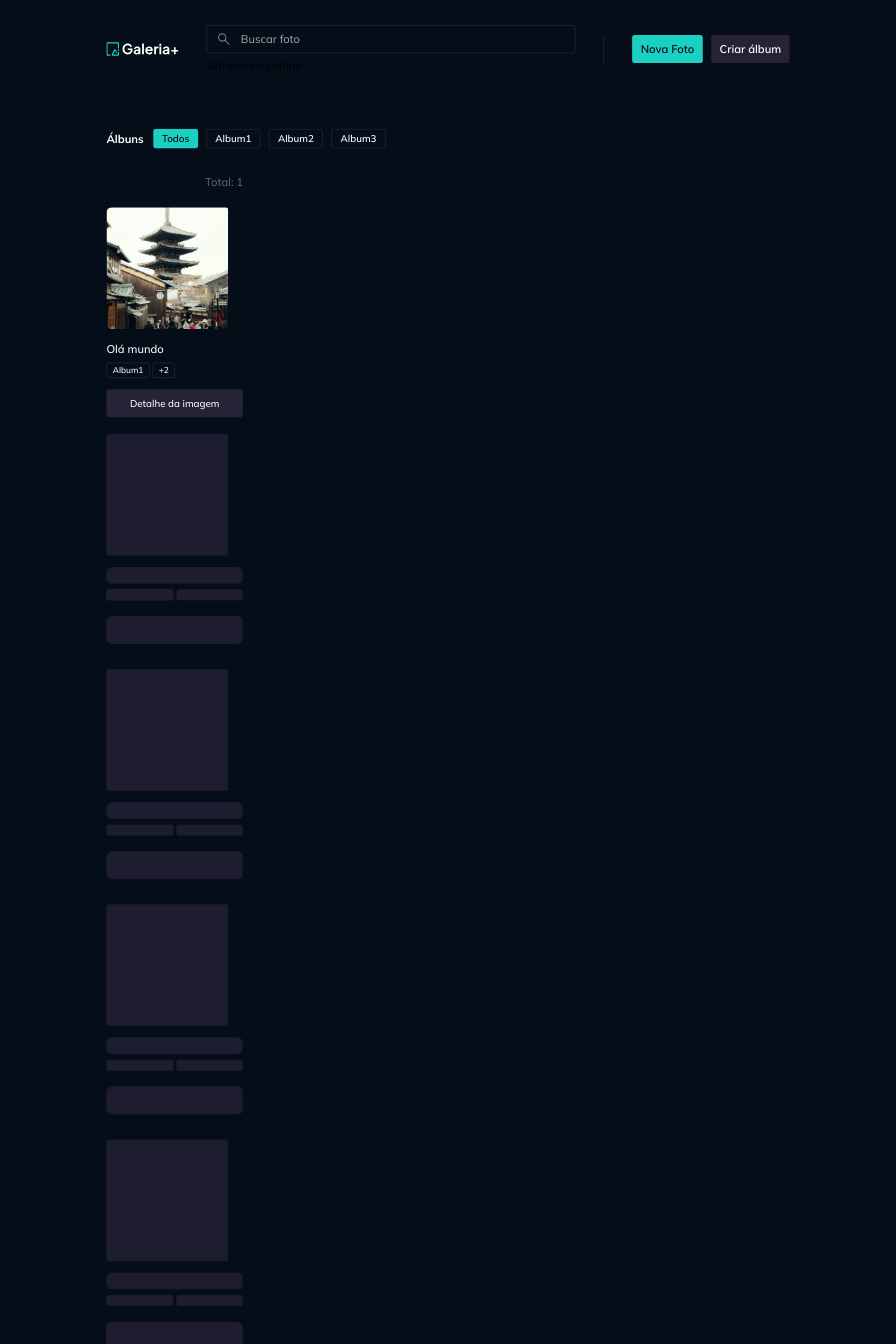
Repository: LuizMXavier/gallery-plus
Page: /
The author's editor kept a copy of each file at every save. The page is drawn from the files as they stood at one save, then again after the next save.
The browser window is 1280 px wide. The pictures show the part of the page from y = 0 to 1920 px (the page is 4083 px tall), at 70% of full size.
The project was rebuilt for these pictures with package versions that can differ from the ones it lists, and the page was loaded fresh each time. Also part of the build but not shown: vite.config.ts, src/components/button-icon.tsx, src/components/alert.tsx, src/components/input-checkbox.tsx, src/components/input-single-file.tsx, src/components/card.tsx, src/components/dialog.tsx, src/pages/pages-components.tsx and 1 more.

Above is the page before, as saved 2025-09-23 08:40:06.

### index.html
<!DOCTYPE html>
<html lang="en">
	<head>
		<meta charset="UTF-8" />
		<link rel="icon" type="image/svg+xml" href="/favicon.svg" />

		<meta name="viewport" content="width=device-width, initial-scale=1.0" />

		<link rel="preconnect" href="https://fonts.googleapis.com" />
		<link rel="preconnect" href="https://fonts.gstatic.com" crossorigin />
		<link
			href="https://fonts.googleapis.com/css2?family=Mulish:ital,wght@0,200..1000;1,200..1000&display=swap"
			rel="stylesheet"
		/>

		<title>Galeria+</title>
	</head>
	<body class="bg-background-primary">
		<div id="root"></div>
		<script type="module" src="/src/main.tsx"></script>
	</body>
</html>

### src/main.tsx
import "./index.css";

import {StrictMode} from "react";
import {createRoot} from "react-dom/client";
import App from "./App.tsx";

createRoot(document.getElementById("root")!).render(
	<StrictMode>
		<App />
	</StrictMode>
);

### src/index.css
@import "tailwindcss";
@import "tw-animate-css";

@theme {
	--color-*: initial;
	--color-white: #ffffff;
	--color-black: #000000;
	--color-background-primary: #040d18;
	--color-background-secondary: #262337;
	--color-background-tertiary: #3c3857;
	--color-border-primary: #2c2c35;
	--color-border-active: #4c4c5d;
	--color-accent-brand: #1ccfc3;
	--color-accent-brand-light: #66eae1;
	--color-accent-red: #f54a26;
	--color-heading: #fafcff;
	--color-accent-paragraph: #f1f7ff;
	--color-accent-span: #5c636c;
	--color-placeholder: #a9a9a9;
	--color-label: #ffffff;
	--color-label-inverse: #040d18;

	--font-sans: "Mulish", sans-serif;
}

### src/App.tsx
import {BrowserRouter, Route, Routes} from "react-router";
import PageComponents from "./pages/pages-components";
import LayoutMain from "./pages/layout-main";
import PageHome from "./pages/page-home";
import PagePhotoDetails from "./pages/page-photo-details";

export default function App() {
	return (
		<BrowserRouter>
			<Routes>
				<Route element={<LayoutMain/>}>
					<Route index element={<PageHome/>}/>
					<Route path="/fotos/:id" element={<PagePhotoDetails/>}/>
					<Route path="/componentes" element={<PageComponents/>}/>
				</Route>

			</Routes>
		</BrowserRouter>
	)
}

### src/pages/layout-main.tsx
import { Outlet } from "react-router";
import MainHeader from "../components/main-header";
import MainContent from "../components/main-content";

export default function LayoutMain() {
  return (
    <>
      <MainHeader className="mt-9" />
      <MainContent>
        <Outlet />
      </MainContent>
    </>
  );
}

### src/pages/page-home.tsx
import Container from "../components/container";
import AlbumsFilter from "../contexts/albums/components/albums-filter";
import PhotoList from "../contexts/photos/components/photos-list";

export default function PageHome() {
  return (
    <Container>
      <AlbumsFilter
        albums={[
          { id: "3421", title: "Album1" },
          { id: "123", title: "Album2" },
          { id: "456", title: "Album3" },
        ]}
        className="mb-9"
      />
      <div className="grid grid-cols-5">
        <PhotoList
          photos={[
            {
              id: "123",
              title: "Olá mundo",
              imageId: "portrait-tower.png",
              albums: [
                { id: "3421", title: "Album1" },
                { id: "123", title: "Album2" },
                { id: "456", title: "Album3" },
              ],
            },
          ]}
        />
      </div>
    </Container>
  );
}

### src/components/button.tsx
import React from "react";
import Icon from "./icon";
import Text from "./text";
import {tv, type VariantProps} from "tailwind-variants";
import SpinnerIcon from "../assets/icons/spinner.svg?react";
import cx from "classnames";

export const buttonVariants = tv({
	base: "flex items-center justify-center cursor-pointer transition rounded group gap-1",
	variants: {
		variant: {
			primary: "bg-accent-brand hover:bg-accent-brand-light",
			secondary: "bg-background-secondary hover:bg-background-tertiary",
			destructive: "bg-background-secondary hover:bg-background-tertiary",
			ghost: `
					bg-transparent border border-solid border-border-primary
				text-accent-paragraph hover:border-background-secondary
				`,
		},
		size: {
			sm: "h-7 py-1 px-3",
			md: "h-10 py-2 pl-3 pr-3",
		},
		disabled: {
			true: "opacity-50 pointer-events-none",
		},
		handling: {
			true: "pointer-events-none",
		},
	},
	defaultVariants: {
		variant: "primary",
		size: "md",
		disabled: false,
		handling: false,
	},
});

export const buttonTextVariants = tv({
	variants: {
		variant: {
			primary: "text-label-inverse",
			secondary: "text-label",
			destructive: "text-accent-red",
			ghost: "text-accent-paragraph",
		},
		size: {
			sm: "text-sm",
			md: "text-base",
		},
	},
	defaultVariants: {
		variant: "primary",
		size: "md",
	},
});

export const buttonIconVariants = tv({
	variants: {
		variant: {
			primary: "fill-label-inverse",
			secondary: "fill-label",
			destructive: "fill-accent-red",
			ghost: "fill-accent-paragraph",
		},
		size: {
			sm: "w-4 h-4",
			md: "w-6 h-6",
		},
		handling: {
			true: "w-4 h-4",
		},
	},
	defaultVariants: {
		variant: "primary",
		size: "md",
	},
});

interface ButtonProps
	extends Omit<React.ComponentProps<"button">, "size" | "disabled">,
		VariantProps<typeof buttonVariants> {
	icon?: React.ComponentProps<typeof Icon>["svg"];
	handling?: boolean;
}

export default function Button({
	variant,
	size,
	disabled,
	className,
	children,
	handling,
	icon,
	type = "button",
	...props
}: ButtonProps) {
	return (
		<button
			type={type}
			className={buttonVariants({
				variant,
				size,
				disabled,
				handling,
				className: cx(
					{
						"pr-1": icon,
					},
					className
				),
			})}
			disabled={disabled as boolean}
			{...props}
		>
			<Text
				variant="label-medium"
				className={buttonTextVariants({variant, size})}
			>
				{children}
			</Text>
			{(icon || handling) && (
				<Icon
					svg={handling ? SpinnerIcon : icon!}
					animate={handling}
					className={buttonIconVariants({variant, size, handling})}
				/>
			)}
		</button>
	);
}

### src/components/badge.tsx
import React from "react";
import Text from "./text";
import {tv, type VariantProps} from "tailwind-variants";
import cx from "classnames";
import Skeleton from "./skeleton";

export const badgeVariants = tv({
	base: "inline-flex items-center justify-center rounded",
	variants: {
		variant: {
			none: "",
			ghost:
				"bg-transparent border border-solid border-border-primary text-accent-paragraph",
		},
		size: {
			xs: "py-0.5 px-2",
			sm: "py-1 px-3",
		},
	},
	defaultVariants: {
		variant: "ghost",
		size: "sm",
	},
});

export const badgeTextVariants = tv({
	base: "text-xs",
	variants: {
		size: {
			xs: "text-xs",
			sm: "text-sm",
		},
	},
});

export const badgeSkeletonVariants = tv({
	variants: {
		size: {
			xs: "w-12 h-[1.375rem]",
			sm: "w-16 h-[1.875rem]",
		},
	},
	defaultVariants: {
		size: "sm",
	},
});

interface BadgeProps
	extends React.ComponentProps<"div">,
		VariantProps<typeof badgeVariants> {
	loading?: boolean;
}

export default function Badge({
	variant,
	size,
	className,
	children,
	loading,
	...props
}: BadgeProps) {
	if (loading) {
		return (
			<Skeleton
				rounded="full"
				className={cx(
					badgeVariants({variant: "none"}),
					badgeSkeletonVariants({size}),
					className
				)}
			/>
		);
	}

	return (
		<div className={badgeVariants({variant, size, className})} {...props}>
			<Text className={badgeTextVariants({size})}>{children}</Text>
		</div>
	);
}

### src/components/text.tsx
import React from "react";
import {tv, type VariantProps} from "tailwind-variants";

export const textVariants = tv({
	base: "font-sans text-white",
	variants: {
		variant: {
			"heading-large": "text-2xl leading-[130%] font-bold",
			"heading-medium": "text-xl leading-[130%] font-bold",
			"heading-small": "text-base leading-[130%] font-bold",
			"paragraph-large": "text-base leading-[150%] font-medium",
			"paragraph-medium": "text-sm leading-[150%] font-medium",
			"paragraph-small": "text-xs leading-[150%] font-medium",
			"label-medium": "text-base leading-[150%] font-semibold",
			"label-small": "text-xs leading-[150%] font-semibold",
		},
	},
	defaultVariants: {
		variant: "paragraph-medium",
	},
});

interface TextProps extends VariantProps<typeof textVariants> {
	as?: keyof React.JSX.IntrinsicElements;
	className?: string;
	children?: React.ReactNode;
}

export default function Text({
	as = "span",
	variant,
	className,
	children,
	...props
}: TextProps) {
	return React.createElement(
		as,
		{
			className: textVariants({variant, className}),
			...props,
		},
		children
	);
}

### src/components/divider.tsx
import {tv, type VariantProps} from "tailwind-variants";

export const dividerVariants = tv({
	base: "w-full h-px ",
	variants: {
		variant: {
			default: "bg-border-primary",
		},
		orientation: {
			horizontal: "w-full h-px",
			vertical: "w-px h-full",
		},
	},
	defaultVariants: {
		variant: "default",
	},
});

interface DividerProps
	extends React.ComponentProps<"div">,
		VariantProps<typeof dividerVariants> {
	orientation?: "horizontal" | "vertical";
}

export default function Divider({
	className,
	orientation = "horizontal",
	...props
}: DividerProps) {
	return (
		<div className={dividerVariants({className, orientation})} {...props} />
	);
}

### src/components/input-text.tsx
import { tv, type VariantProps } from "tailwind-variants";
import Icon from "./icon";
import Text from "./text";
import { serialize } from "v8";

export const inputTextContainerVariants = tv({
    base: "flex flex-col gap-1"
})

export const inputTextWrapperVariants = tv({
    base:`
        border border-solid border-border-primary
        focus:border-border-active bg-transparent
        rounded flex items-center gap-3
    `,
    variants: {
        size: {
            md:"h-10 p-3"
        },
        disabled: {
            true:"pointer-events-none"
        }
    },
    defaultVariants: {
        size:"md",
        disabled: false
    }
});

export const inputTextVariants = tv({
    base: `
        bg-transparent outiline-none placeholder:text-placeholder
        text-accent-paragraph flex-1
    `
})

export const inputTextIconVariants = tv({
    base:"fill-placeholder",
    variants: {
        size: {
            md:"w-6 h-6"
        }
    },
    defaultVariants: {
        size:"md"
    }
})

interface InputTextProps
    extends VariantProps<typeof inputTextWrapperVariants>,
    Omit<React.ComponentProps<"input">,"size" | "disabled"> {
        icon?: React.ComponentProps<typeof Icon>['svg'],
        error?: React.ReactNode;
    }

export default function InputText({
    size,
    disabled,
    className,
    icon,
    error,
    ...props
}: InputTextProps) {
    return (
        <div className={inputTextContainerVariants(className)}>
            <div className={inputTextWrapperVariants({size, disabled})}>
                {icon && <Icon svg={icon} className={inputTextIconVariants({size})}/>}
                <input className={inputTextVariants()} disabled={disabled as boolean} {...props}/>
            </div>Um erro no campo
            {error && (
                <Text variant="label-small" className="text-accent-red">
                {error}
            </Text>
            )}
        </div>
    )
}

### src/components/image-preview.tsx
import { tv } from "tailwind-variants";
import React from "react";

export const imageFilePreviewVariants = tv({
    base:`
        rounded-lg overflow-hidden
    `
});

export const imageFilePreviewImageVariants = tv ({
    base: `w-full h-full object-cover `
})

interface ImageFilePreviewProps extends React.ComponentProps<"img"> {
    imageClassName?: string;
}

export default function ImageFilePreview({
    className,
    imageClassName,
    ...props
}: ImageFilePreviewProps) {
    return (
        <div className={imageFilePreviewVariants({className})}>
            <img className={imageFilePreviewImageVariants({className: imageClassName})} {...props} />
        </div>
    )
}

### src/components/main-header.tsx
import { Link } from "react-router";
import Container from "./container";
import Logo from "../assets/images/galeria-plus-full-logo.svg?react";
import cx from 'classnames';
import Button from "./button";
import PhotosSearch from "./photos-search";
import Divider from "./divider";


interface MainHeaderProps extends React.ComponentProps<typeof Container>{}

export default function MainHeader({className, ...props}: MainHeaderProps) {
    return (
        <Container
            as="header"
            className={cx("flex justify-between items-center gap-10", className)} {...props}
        >
            <Link to="/">
                <Logo className="h-5"/>
            </Link>

            <PhotosSearch/>
            <Divider orientation="vertical" className="h-10"/>

            <div className="flex items-center gap-3">
                <Button>Nova Foto</Button>
                <Button variant="secondary">Criar álbum</Button>
            </div>

        </Container>
    );
}

### src/components/main-content.tsx
import cx from "classnames";

interface MainContentProps extends React.ComponentProps<"main">{}

export default function MainContent({
    children,
    className,
    ...props
}: MainContentProps) {
    return (
        <main className={cx("mt-20 pb-20", className)} {...props}>
            {children}
        </main>
    )
}

### src/components/container.tsx
import {type VariantProps, tv} from "tailwind-variants";
import React from "react";

export const containerVariants = tv({
	base: "mx-auto",
	variants: {
		size: {
			md: "max-w-[62rem] px-2",
		},
	},
	defaultVariants: {
		size: "md",
	},
});

interface ContainerProps
	extends VariantProps<typeof containerVariants>,
		React.ComponentProps<"div"> {
	as?: keyof React.JSX.IntrinsicElements;
}

export default function Container({
	as = "div",
	children,
	className,
	...props
}: ContainerProps) {
	return React.createElement(
		as,
		{
			className: containerVariants({size: "md", className}),
			...props,
		},
		children
	);
}

### src/contexts/albums/components/albums-filter.tsx
import Button from "../../../components/button";
import Skeleton from "../../../components/skeleton";
import Text from "../../../components/text";
import type { Album } from "../models/album";
import cx from "classnames";

interface AlbumsFilterProps extends React.ComponentProps<"div"> {
  albums: Album[];
  loading?: boolean;
}

export default function AlbumsFilter({
  albums,
  loading,
  className,
  ...props
}: AlbumsFilterProps) {
  return (
    <div
      className={cx("flex items-center gap-3.5 overflow-x-auto", className)}
      {...props}
    >
      <Text variant="heading-small">Álbuns</Text>
      <div className="flex gap-3">
        {!loading ? (
            <>
                 <Button variant="primary" size="sm" className="cursor-pointer">
                    Todos
                </Button>
                { albums.map((album) => (
            <Button
              key={album.id}
              variant="ghost"
              size="sm"
              className="cursor-pointer"
            >
              {album.title}
            </Button>
          ))}
            </>
        ): (
            Array.from({length: 5}).map((_,index) =>
            <Skeleton className="w-28 h-7" key={`album-button-loading-${index}`}/>
            )
        )}

      </div>
    </div>
  );
}

### src/contexts/photos/components/photos-list.tsx
import type { Photo } from "../models/photo";
import PhotoWidget from "./photo-widget";
import Text from "../../../components/text";
import Skeleton from "../../../components/skeleton";

interface PhotosListProps {
  photos: Photo[];
  loading?: boolean;
}

export default function PhotoList({ photos, loading }: PhotosListProps) {
  return (
    <div className="space-y-6">
        <Text
            as="div"
            variant="paragraph-large"
            className="flex items-center justify-end gap-1 text-accent-span"
        >
            Total:{" "}
            {!loading ? (
                <div>{photos.length}</div>
            ): (
                <Skeleton className="w-6 h-6"/>
            )}

        </Text>
      {!loading && photos?.length > 0 && (
        <div className="grid grid-colds-5 gap-9">
          {photos.map((photo) => (
            <PhotoWidget photo={photo} key={photo.id} />
          ))}
        </div>
      )}
      {!loading && (
        <div className="grid grid-colds-5 gap-9">
          {Array.from({ length: 10 }).map((_, index) => (
            <PhotoWidget
              key={`photo-loading-${index}`}
              photo={{} as Photo}
              loading
            />
          ))}
          ;
        </div>
      )}

      {!loading && photos.length === 0 && (
        <div className="flex justify-center items-center h-full">
          <Text variant="paragraph-large">Nenhuma foto encontrada</Text>
        </div>
      )}
    </div>
  );
}

### src/components/icon.tsx
import React from "react";
import {tv, type VariantProps} from "tailwind-variants";

export const iconVariants = tv({
	variants: {
		animate: {
			false: "",
			true: "animate-spin",
		},
	},
	defaultVariants: {
		animate: false,
	},
});

interface IconProps
	extends React.ComponentProps<"svg">,
		VariantProps<typeof iconVariants> {
	svg: React.FC<React.ComponentProps<"svg">>;
}

export default function Icon({
	svg: SvgComponent,
	animate,
	className,
	...props
}: IconProps) {
	return (
		<SvgComponent className={iconVariants({animate, className})} {...props} />
	);
}

### src/components/skeleton.tsx
import {tv, type VariantProps} from "tailwind-variants";
import React from "react";

export const skeletonVariants = tv({
	base: "animate-pulse bg-background-secondary pointer-events-none",
	variants: {
		rounded: {
			sm: "rounded-sm",
			lg: "rounded-lg",
			full: "rounded-full",
		},
	},
	defaultVariants: {
		rounded: "lg",
	},
});

interface SkeletonProps
	extends VariantProps<typeof skeletonVariants>,
		React.ComponentProps<"div"> {}

export default function Skeleton({
	rounded,
	className,
	...props
}: SkeletonProps) {
	return <div className={skeletonVariants({rounded, className})} {...props} />;
}

### src/components/photos-search.tsx
import InputText from "./input-text";
import SearchIcon from "../assets/icons/search.svg?react";
import React from "react";
import { debounce } from "../helpers/utils";

export default function PhotosSearch() {
    const [inputValue, setInputValue] = React.useState("");

    const debouncedSetValue = React.useCallback(
        debounce((value: string) => {
            console.log("Valor com debounce", value);
        },200),[]
    )

    function handleInputChange(e: React.ChangeEvent<HTMLInputElement>) {
        const value = e.target.value;


        setInputValue(value);
        debouncedSetValue(value);
    }
  return (
    <div className="relative flex-grow">
      <InputText icon={SearchIcon} placeholder="Buscar foto" value={inputValue} onChange={handleInputChange} />
    </div>
  );
}

### src/contexts/photos/components/photo-widget.tsx
import ImageFilePreview from "../../../components/image-preview";
import type { Photo } from "../models/photo";
import Skeleton from "../../../components/skeleton";
import Text from "../../../components/text";
import Badge from "../../../components/badge";
import { Link } from "react-router";
import { buttonTextVariants, buttonVariants } from "../../../components/button";
interface PhotoWidgetProps {
    photo: Photo;
    loading?: boolean;
}

export default function PhotoWidget({photo, loading}: PhotoWidgetProps) {
    return (
        <div className="flex flex-col gap-4">
            {!loading ? (
                <ImageFilePreview
                    src={`/images/${photo.imageId}`}
                    title={photo.title}
                    imageClassName="w-[10.8725rem] h-[10.8725rem] rounded lg"/>

            ): (
                <Skeleton className="w-[10.8725rem] h-[10.8725rem] rounded lg"/>
            )}

            <div className="flex flex-col gap-2">
                {!loading ? (
                    <Text variant="paragraph-large" className="truncate">
                        {photo.title}
                    </Text>
                ): (
                    <Skeleton className="w-full h-6"/>
                )}

                <div className="flex gap-1 min-h-[1.375rem]">
                    {!loading ? (
                        <>
                            {photo.albums.slice(0,1).map(album => (
                                <Badge className="truncate" size="xs" key={album.id}>
                                    {album.title}
                                </Badge>
                            ))}
                            {photo.albums.length > 1 && <Badge size="xs">
                                +{photo.albums.length - 1}
                                </Badge>}
                        </>
                    ): (
                        Array.from({length: 2}).map((_,index) => (
                            <Skeleton
                            key={`album-loading-${index}`}
                            className="w-full h-4 rounded-sm"
                            />
                        ))
                    )}

                </div>
            </div>
            {!loading ? (
                <Link
                  to={`/fotos/${photo.id}`}
                  className={buttonVariants({
                    variant:"secondary",
                    className:"px-2 py-2",
                  })}
                >
                    <Text className={buttonTextVariants({variant:"secondary",size:"sm"})}>
                        Detalhe da imagem
                    </Text>
                </Link>
            ): (
                <Skeleton className="w-full h-10"/>
            )}
        </div>
    )
}

### src/helpers/utils.ts

export function debounce<T extends (...args: any[]) => any>(
    func: T,
    wait: number
) {
    let timeout: ReturnType<typeof setTimeout> | null = null;

    return function (...args: Parameters<T>): void {
        const later = () => {
            timeout = null;
            func(...args);
        };

        if(timeout !== null) {
            clearTimeout(timeout);
        }

        timeout = setTimeout(later, wait);
    }
}

After the next save:
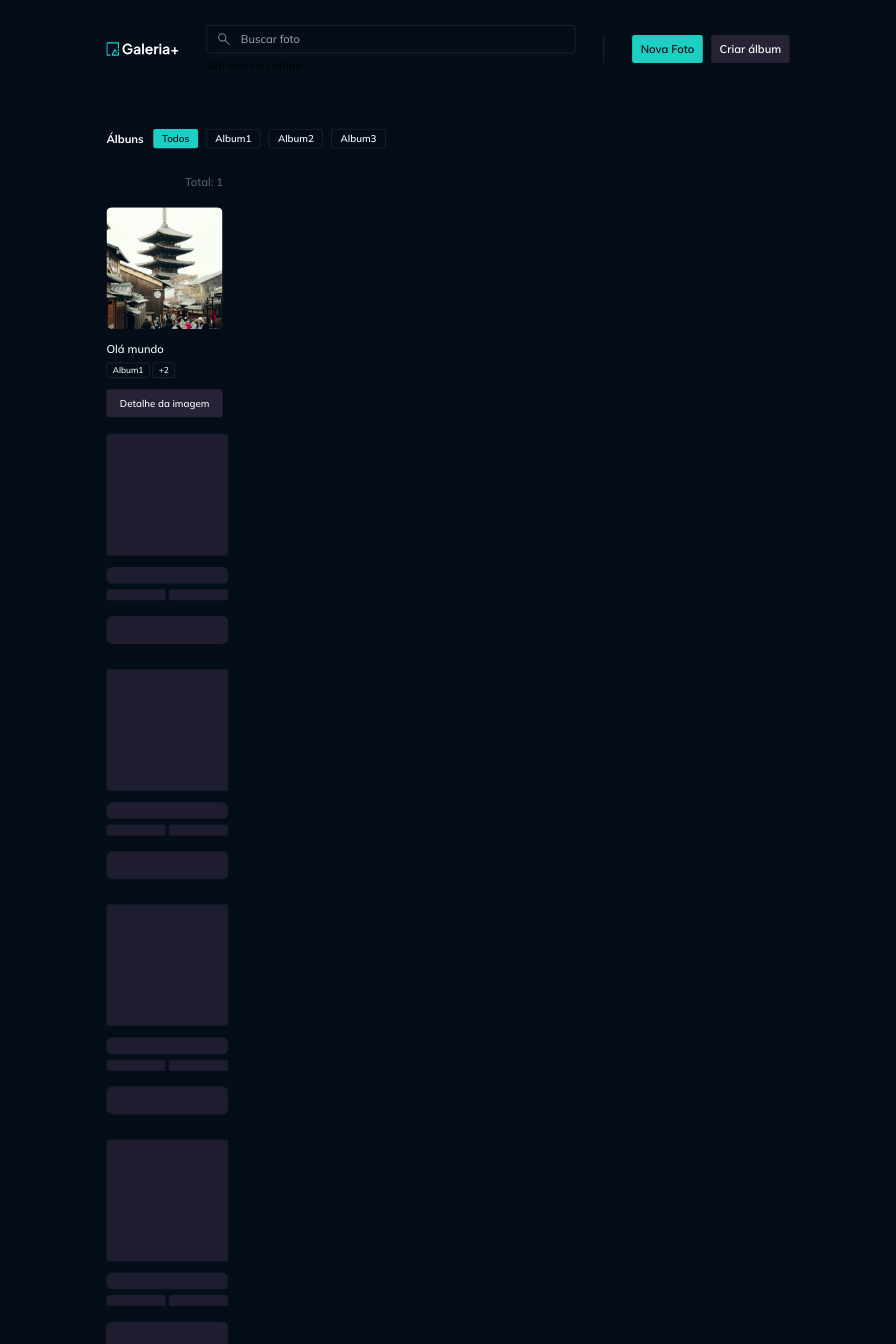
Saved 4 s later.
--- a/src/pages/page-home.tsx
+++ b/src/pages/page-home.tsx
@@ -13,7 +13,7 @@ export default function PageHome() {
         ]}
         className="mb-9"
       />
-      <div className="grid grid-cols-5">
+      <div className="grid grid-cols-5 gap-9">
         <PhotoList
           photos={[
             {
